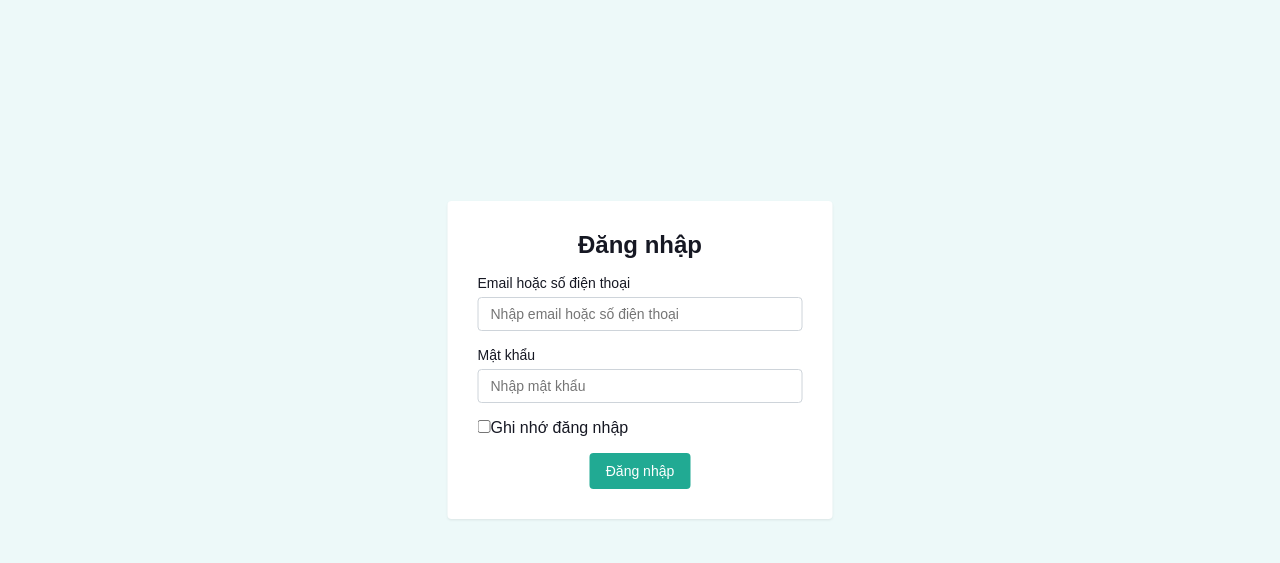
Repository: ntq25012002/chat-app
Page: /login
These files come from the project's save history. The page is drawn as it stood at one moment and after the next save; the edit follows.
The browser window is 1280 px wide. The pictures show the whole page.
The project was rebuilt for these pictures with package versions that can differ from the ones it lists, and the page was loaded fresh each time. Also part of the build but not shown: src/pages/Home/index.js, src/pages/Profile/index.js, src/layouts/components/SideBar/index.js, src/layouts/DefaultLayout/index.js.

Above is the page before, as saved 2023-05-19 11:03:01.

After the next save:
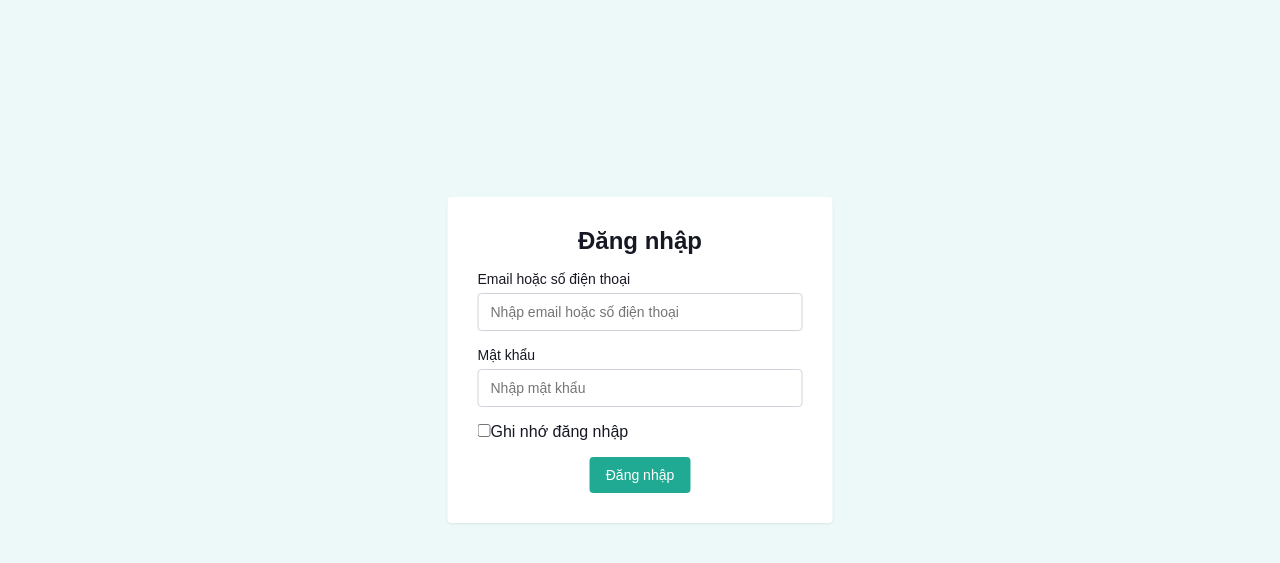
Saved 18 s later.
--- a/src/pages/Login/Login.module.scss
+++ b/src/pages/Login/Login.module.scss
@@ -30,7 +30,7 @@
                 margin-bottom: 6px;
             }
             .form-control {
-                padding: 8px 12px;
+                padding: 10px 12px;
                 border: 1px solid #ced4da;
                 border-radius: 4px;
                 font-size: 14px;
